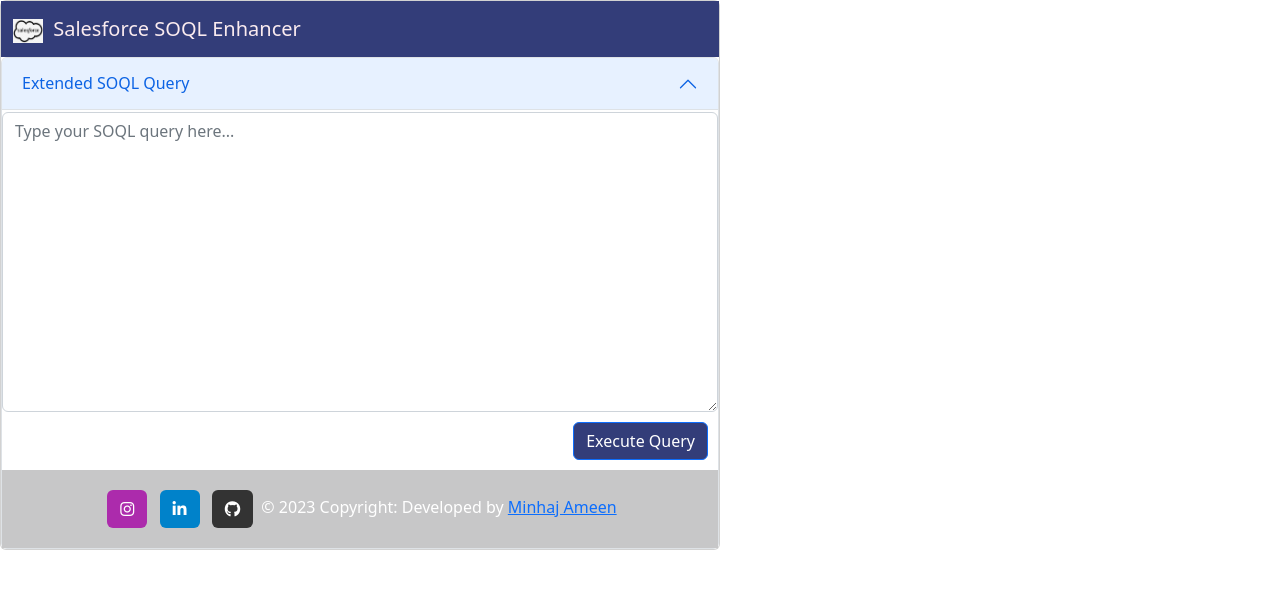
Repository: anweshpargi/salesforceExtension
Page: popup.html
These files come from the project's save history. The page is drawn as it stood at one moment and after the next save; the edit follows.
The browser window is 1280 px wide. The pictures show the whole page.

Above is the page before, as saved 2023-09-03 00:47:11.
Not found: js/jsforce.js

After the next save:
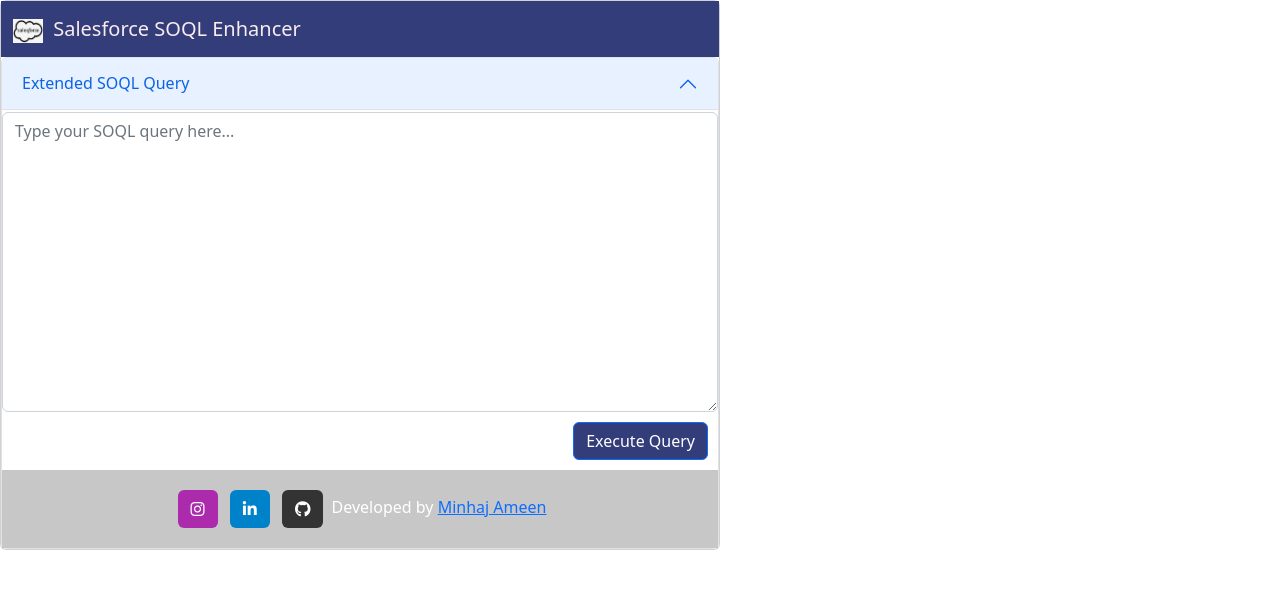
Saved 11 s later.
--- a/popup.html
+++ b/popup.html
@@ -91,7 +91,7 @@
                         role="button"
                         ><i class="fab fa-github"></i
                       ></a>
-                      © 2023 Copyright: Developed by
+                      Developed by
                       <a class="" target="_blank" href="https://www.instagram.com/_spartann__/"> Minhaj Ameen</a>
                     </div>
 
